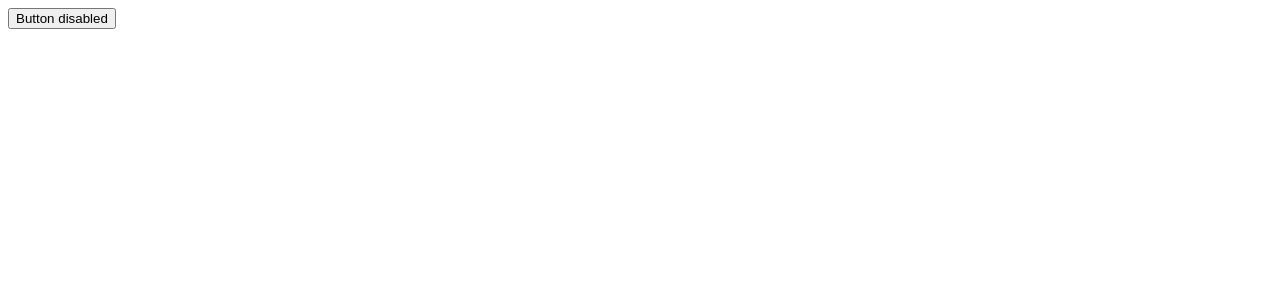
Repository: Samtrapskin/Time-to-learn-Vue.JS
Page: lara.html
The author's editor kept a copy of each file at every save. The page is drawn from the files as they stood at one save, then again after a run of saves.
The browser window is 1280 px wide. The pictures show the whole page.
Some web libraries are served in a nearby version.

Above is the page before, as saved 2018-07-03 13:24:00.

### lara.html
<!DOCTYPE html>
<html lang="en">
<head>
    <meta charset="UTF-8">
    <meta name="viewport" content="width=device-width, initial-scale=1.0">
    <meta http-equiv="X-UA-Compatible" content="ie=edge">
    <title>Balls Vue</title>
</head>
<body>
    <div id="root">

      <button v-onClick=isDisabled="true">Button disabled</button>
    </div>
        <script src="https://cdn.jsdelivr.net/npm/vue@2.5.16/dist/vue.js"></script>

        <script>


            new Vue ({
                el: "#root",
                data: {
                    names: ['joe', 'mary', 'jane', 'jack'],
                    newName: "",
                    title: "now the title is bing set through javaScript"
                },
                methods:{
                    addName() {
                        this.names.push(this.newName)
                        this.newName= "";
                    },

                    buttonEnabled() {
                        this.isDisabled="false";
                    }

                }
            })


        </script>


</body>
</html>

After the next 2 saves:
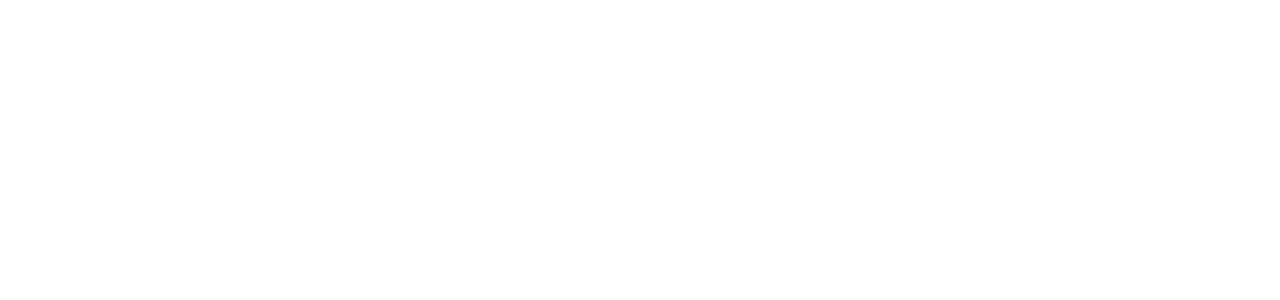
The 2 saves are shown as one change because they came seconds apart.
The last was saved 30 s later.
--- a/lara.html
+++ b/lara.html
@@ -9,7 +9,7 @@
 <body>
     <div id="root">
 
-      <button v-onClick=isDisabled="true">Button disabled</button>
+      <button v-onClick=:isabled="true">Button disabled</button>
     </div>
         <script src="https://cdn.jsdelivr.net/npm/vue@2.5.16/dist/vue.js"></script>
 

After the 2 saves that followed:
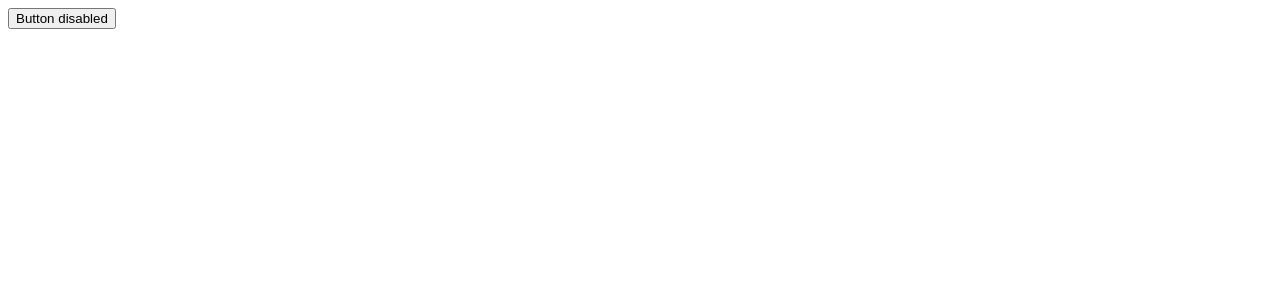
Console error: SyntaxError: Unexpected token ':'
The 2 saves are shown as one change because 1 left the picture as it was.
The last was saved 13 s later.
--- a/lara.html
+++ b/lara.html
@@ -9,7 +9,7 @@
 <body>
     <div id="root">
 
-      <button v-onClick=:isabled="true">Button disabled</button>
+      <button v-onClick=:disabled="true">Button disabled</button>
     </div>
         <script src="https://cdn.jsdelivr.net/npm/vue@2.5.16/dist/vue.js"></script>
 
@@ -30,7 +30,7 @@
                     },
 
                     buttonEnabled() {
-                        this.isDisabled="false";
+                        this.:disabled="false";
                     }
 
                 }
